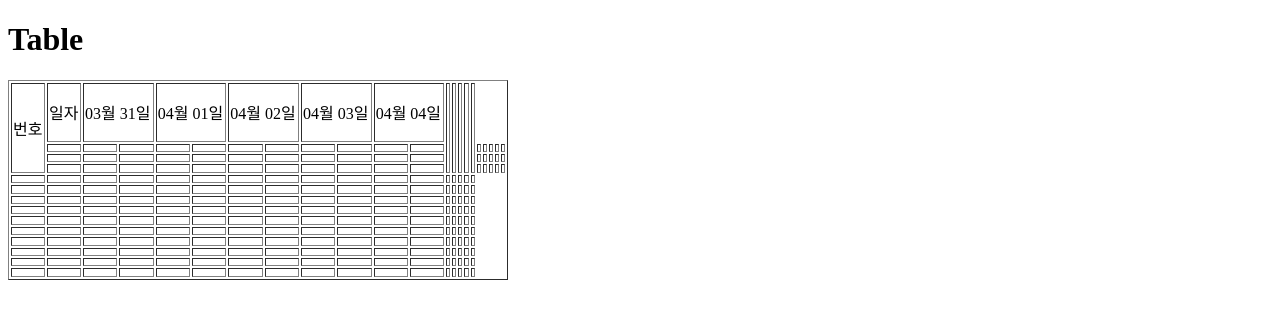
Repository: dnjs0/HCJ
Page: ClientTest/src/main/webapp/html/q11.html
An editor plug-in stored every save of this project. The page is shown before and after the next save, followed by the edit.
The browser window is 1280 px wide. The pictures show the whole page.

Above is the page before, as saved 2025-02-12 07:52:24.

### ClientTest/src/main/webapp/html/q11.html
<!DOCTYPE html>
<html lang="ko">
<head>
	<meta charset="UTF-8">
	<title>Insert title here</title>
</head>
<body>
    <h1>Table</h1>

    <table border = "1" height = "200" width= "500">
        <tr>
            <td rowspan="4">번호</td>
            <td>일자</td>
            <td colspan="2">03월 31일</td>
            <td colspan="2">04월 01일</td>
            <td colspan="2">04월 02일</td>
            <td colspan="2">04월 03일</td>
            <td colspan="2">04월 04일</td>
            <td rowspan="4"></td>
            <td rowspan="4"></td>
            <td rowspan="4"></td>
            <td rowspan="4"></td>
            <td rowspan="4"></td>
        </tr>
        <tr>
            <td></td>
            <td></td>
            <td></td>
            <td></td>
            <td></td>
            <td></td>
            <td></td>
            <td></td>
            <td></td>
            <td></td>
            <td></td>
            <td></td>
            <td></td>
            <td></td>
            <td></td>
            <td></td>
        </tr>
        <tr>
            <td></td>
            <td></td>
            <td></td>
            <td></td>
            <td></td>
            <td></td>
            <td></td>
            <td></td>
            <td></td>
            <td></td>
            <td></td>
            <td></td>
            <td></td>
            <td></td>
            <td></td>
            <td></td>
        </tr>
        <tr>
            <td></td>
            <td></td>
            <td></td>
            <td></td>
            <td></td>
            <td></td>
            <td></td>
            <td></td>
            <td></td>
            <td></td>
            <td></td>
            <td></td>
            <td></td>
            <td></td>
            <td></td>
            <td></td>
        </tr>
        <tr>
            <td></td>
            <td></td>
            <td></td>
            <td></td>
            <td></td>
            <td></td>
            <td></td>
            <td></td>
            <td></td>
            <td></td>
            <td></td>
            <td></td>
            <td></td>
            <td></td>
            <td></td>
            <td></td>
            <td></td>
        </tr>
        <tr>
            <td></td>
            <td></td>
            <td></td>
            <td></td>
            <td></td>
            <td></td>
            <td></td>
            <td></td>
            <td></td>
            <td></td>
            <td></td>
            <td></td>
            <td></td>
            <td></td>
            <td></td>
            <td></td>
            <td></td>
        </tr>
        <tr>
            <td></td>
            <td></td>
            <td></td>
            <td></td>
            <td></td>
            <td></td>
            <td></td>
            <td></td>
            <td></td>
            <td></td>
            <td></td>
            <td></td>
            <td></td>
            <td></td>
            <td></td>
            <td></td>
            <td></td>
        </tr>
        <tr>
            <td></td>
            <td></td>
            <td></td>
            <td></td>
            <td></td>
            <td></td>
            <td></td>
            <td></td>
            <td></td>
            <td></td>
            <td></td>
            <td></td>
            <td></td>
            <td></td>
            <td></td>
            <td></td>
            <td></td>
        </tr>
        <tr>
            <td></td>
            <td></td>
            <td></td>
            <td></td>
            <td></td>
            <td></td>
            <td></td>
            <td></td>
            <td></td>
            <td></td>
            <td></td>
            <td></td>
            <td></td>
            <td></td>
            <td></td>
            <td></td>
            <td></td>
        </tr>
        <tr>
            <td></td>
            <td></td>
            <td></td>
            <td></td>
            <td></td>
            <td></td>
            <td></td>
            <td></td>
            <td></td>
            <td></td>
            <td></td>
            <td></td>
            <td></td>
            <td></td>
            <td></td>
            <td></td>
            <td></td>
        </tr>
        <tr>
            <td></td>
            <td></td>
            <td></td>
            <td></td>
            <td></td>
            <td></td>
            <td></td>
            <td></td>
            <td></td>
            <td></td>
            <td></td>
            <td></td>
            <td></td>
            <td></td>
            <td></td>
            <td></td>
            <td></td>
        </tr>
        <tr>
            <td></td>
            <td></td>
            <td></td>
            <td></td>
            <td></td>
            <td></td>
            <td></td>
            <td></td>
            <td></td>
            <td></td>
            <td></td>
            <td></td>
            <td></td>
            <td></td>
            <td></td>
            <td></td>
            <td></td>
        </tr>
        <tr>
            <td></td>
            <td></td>
            <td></td>
            <td></td>
            <td></td>
            <td></td>
            <td></td>
            <td></td>
            <td></td>
            <td></td>
            <td></td>
            <td></td>
            <td></td>
            <td></td>
            <td></td>
            <td></td>
            <td></td>
        </tr>
        <tr>
            <td></td>
            <td></td>
            <td></td>
            <td></td>
            <td></td>
            <td></td>
            <td></td>
            <td></td>
            <td></td>
            <td></td>
            <td></td>
            <td></td>
            <td></td>
            <td></td>
            <td></td>
            <td></td>
            <td></td>
        </tr>
    </table>
</body>
</html>

After the next save:
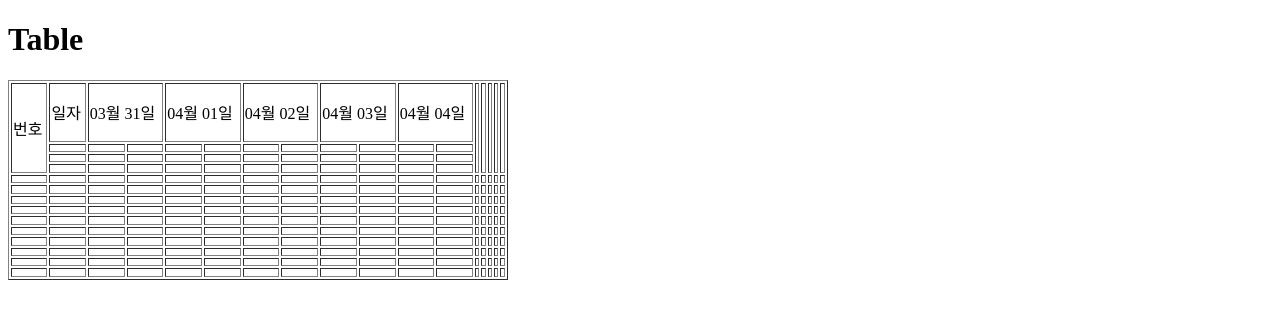
Saved 27 s later.
--- a/ClientTest/src/main/webapp/html/q11.html
+++ b/ClientTest/src/main/webapp/html/q11.html
@@ -34,36 +34,22 @@
             <td></td>
             <td></td>
             <td></td>
-            <td></td>
-            <td></td>
-            <td></td>
-            <td></td>
-            <td></td>
-        </tr>
-        <tr>
-            <td></td>
-            <td></td>
-            <td></td>
-            <td></td>
-            <td></td>
-            <td></td>
-            <td></td>
-            <td></td>
-            <td></td>
-            <td></td>
-            <td></td>
-            <td></td>
-            <td></td>
-            <td></td>
-            <td></td>
-            <td></td>
-        </tr>
-        <tr>
-            <td></td>
-            <td></td>
-            <td></td>
-            <td></td>
-            <td></td>
+        </tr>
+        <tr>
+            <td></td>
+            <td></td>
+            <td></td>
+            <td></td>
+            <td></td>
+            <td></td>
+            <td></td>
+            <td></td>
+            <td></td>
+            <td></td>
+            <td></td>
+
+        </tr>
+        <tr>
             <td></td>
             <td></td>
             <td></td>
